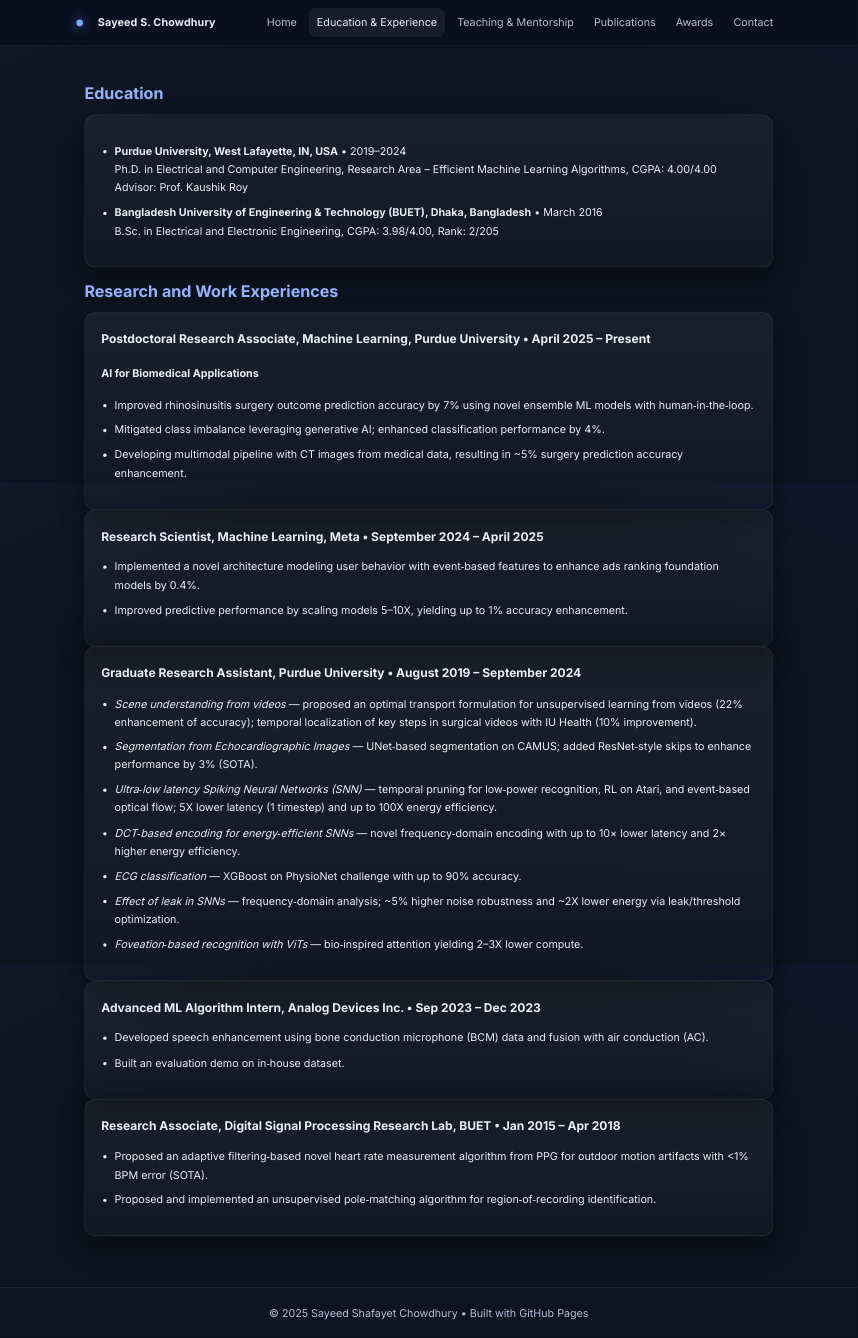
Repository: SayeedChowdhury/SayeedChowdhury.github.io
Page: edu-exp.html
The author's editor kept a copy of each file at every save. The page is drawn from the files as they stood at one save, then again after the next save.
The browser window is 1280 px wide. The pictures show the whole page, at 67% of full size.

Above is the page before, as saved 2025-08-11 11:42:28.

### edu-exp.html
<!doctype html>
<html lang="en">
<head>
  <meta charset="utf-8">
  <meta name="viewport" content="width=device-width, initial-scale=1">
  <title>Education & Experience • Sayeed S. Chowdhury</title>
  <link rel="preconnect" href="https://fonts.googleapis.com">
  <link rel="preconnect" href="https://fonts.gstatic.com" crossorigin>
  <link href="https://fonts.googleapis.com/css2?family=Inter:wght@400;600;700&display=swap" rel="stylesheet">
  <link rel="stylesheet" href="assets/style.css">
</head>
<body>
<div class="nav">
  <div class="inner container">
    <div class="brand"><span class="dot"></span> <a href="index.html" style="text-decoration:none;color:inherit;">Sayeed S. Chowdhury</a></div>
    <div style="margin-left:auto; display:flex; gap:6px; flex-wrap:wrap">
      <a href="index.html" class="">Home</a>
      <a href="edu-exp.html" class="active">Education & Experience</a>
      <a href="teaching.html" class="">Teaching & Mentorship</a>
      <!-- <a href="research.html" class="">Research</a> -->
      <a href="publications.html" class="">Publications</a>
      <a href="awards.html" class="">Awards</a>
      <a href="contact.html" class="">Contact</a>
    </div>
  </div>
</div>
<div class="container">

<section class="section">
  <!-- <div class="kicker">Education</div> -->
  <h2>Education</h2>
  <div class="card">
    <ul class="list">
      <li><strong>Purdue University, West Lafayette, IN, USA</strong> • 2019–2024<br>
          Ph.D. in Electrical and Computer Engineering, Research Area – Efficient Machine Learning Algorithms, CGPA: 4.00/4.00<br>
          Advisor: Prof. Kaushik Roy
      </li>
      <li><strong>Bangladesh University of Engineering & Technology (BUET), Dhaka, Bangladesh</strong> • March 2016<br>
          B.Sc. in Electrical and Electronic Engineering, CGPA: 3.98/4.00, Rank: 2/205
      </li>
    </ul>
  </div>

  <!-- <div class="kicker">Research and Work Experiences</div> -->
  <h2>Research and Work Experiences</h2>
  <div class="card">
    <h3>Postdoctoral Research Associate, Machine Learning, Purdue University • April 2025 – Present</h3>
    <h4>AI for Biomedical Applications</h4>
    <ul class="list">
      <li>Improved rhinosinusitis surgery outcome prediction accuracy by 7% using novel ensemble ML models with human‑in‑the‑loop.</li>
      <li>Mitigated class imbalance leveraging generative AI; enhanced classification performance by 4%.</li>
      <li>Developing multimodal pipeline with CT images from medical data, resulting in ~5% surgery prediction accuracy enhancement.</li>
    </ul>
  </div>
  <div class="card">
    <h3>Research Scientist, Machine Learning, Meta • September 2024 – April 2025</h3>
    <ul class="list">
      <li>Implemented a novel architecture modeling user behavior with event‑based features to enhance ads ranking foundation models by 0.4%.</li>
      <li>Improved predictive performance by scaling models 5–10X, yielding up to 1% accuracy enhancement.</li>
    </ul>
  </div>
  <div class="card">
    <h3>Graduate Research Assistant, Purdue University • August 2019 – September 2024</h3>
    <ul class="list">
      <li><em>Scene understanding from videos</em> — proposed an optimal transport formulation for unsupervised learning from videos (22% enhancement of accuracy); temporal localization of key steps in surgical videos with IU Health (10% improvement).</li>
      <li><em>Segmentation from Echocardiographic Images</em> — UNet‑based segmentation on CAMUS; added ResNet‑style skips to enhance performance by 3% (SOTA).</li>
      <li><em>Ultra‑low latency Spiking Neural Networks (SNN)</em> — temporal pruning for low‑power recognition, RL on Atari, and event‑based optical flow; 5X lower latency (1 timestep) and up to 100X energy efficiency.</li>
      <li><em>DCT‑based encoding for energy‑efficient SNNs</em> — novel frequency‑domain encoding with up to 10× lower latency and 2× higher energy efficiency.</li>
      <li><em>ECG classification</em> — XGBoost on PhysioNet challenge with up to 90% accuracy.</li>
      <li><em>Effect of leak in SNNs</em> — frequency‑domain analysis; ~5% higher noise robustness and ~2X lower energy via leak/threshold optimization.</li>
      <li><em>Foveation‑based recognition with ViTs</em> — bio‑inspired attention yielding 2–3X lower compute.</li>
    </ul>
  </div>
  <div class="card">
    <h3>Advanced ML Algorithm Intern, Analog Devices Inc. • Sep 2023 – Dec 2023</h3>
    <ul class="list">
      <li>Developed speech enhancement using bone conduction microphone (BCM) data and fusion with air conduction (AC).</li>
      <li>Built an evaluation demo on in‑house dataset.</li>
    </ul>
  </div>
  <div class="card">
    <h3>Research Associate, Digital Signal Processing Research Lab, BUET • Jan 2015 – Apr 2018</h3>
    <ul class="list">
      <li>Proposed an adaptive filtering‑based novel heart rate measurement algorithm from PPG for outdoor motion artifacts with &lt;1% BPM error (SOTA).</li>
      <li>Proposed and implemented an unsupervised pole‑matching algorithm for region‑of‑recording identification.</li>
    </ul>
  </div>

  <!-- <div class="kicker">Teaching Experience</div>
  <div class="card">
    <h3>Visiting Assistant Professor, Purdue University • August 2025 – Present</h3>
    <ul class="list">
      <li>Designed and taught upper‑undergrad AI for IoT (instructor of record); guest lectures in Artificial Intelligence.</li>
      <li>Supervising capstone on transfer learning for biomedical AI.</li>
    </ul>

    <h3>Lecturer, Ahsanullah University of Science and Technology (AUST), Dhaka • 2018</h3>
    <ul class="list">
      <li>Taught C++ and MATLAB programming; instructor of record for VLSI (theory & lab), contributed curriculum & lab manual.</li>
    </ul>

    <h3>Lecturer, Bangladesh University of Engineering & Technology (BUET), Dhaka • 2016–2017</h3>
    <ul class="list">
      <li>Courses: Signals & Systems (EEE 301), Electrical DC/AC Circuits (EEE 101/105), Measurement & Instrumentation (EEE 407), DSP (EEE 307); taught 12 lab sections including programming.</li>
    </ul>

    <h3>Lecturer, BRAC University, Dhaka • 2016</h3>
    <ul class="list">
      <li>Digital Signal Processing (theory and laboratory); led power system protection lab for multiple sections.</li>
    </ul>
  </div> -->
</section>

</div>
<div class="footer">© 2025 Sayeed Shafayet Chowdhury • Built with GitHub Pages</div>
</body>
</html>

### assets/style.css

:root{
  --bg:#0e1320;
  --bg-grad1:#121a2d;
  --panel:#151b2e;
  --panel-2:#101626;
  --ink:#e9eef7;
  --muted:#b4c0d6;
  --navy:#92b4ff;
  --gold:#f3c77a;
  --border:rgba(255,255,255,.08);
  --shadow:0 16px 40px rgba(0,0,0,.45);
  --radius:16px;
}

*{box-sizing:border-box}
html,body{height:100%}
body{
  margin:0;
  color:var(--ink);
  background:
    radial-gradient(900px 600px at -10% -10%, var(--bg-grad1) 0%, transparent 60%),
    radial-gradient(900px 600px at 110% -10%, #0f1830 0%, transparent 60%),
    var(--bg);
  font:16px/1.7 "Inter", system-ui, -apple-system, Segoe UI, Roboto, Helvetica, Arial;
  -webkit-font-smoothing:antialiased;
}

.container{max-width:1100px;margin:0 auto;padding:24px}

.nav{
  position:sticky; top:0; z-index:10;
  background:rgba(9,13,24,.7);
  backdrop-filter:saturate(170%) blur(10px);
  border-bottom:1px solid var(--border);
}
.nav .inner{display:flex; align-items:center; gap:16px; padding:12px 24px;}
.nav .brand{display:flex; align-items:center; gap:10px; font-weight:700; letter-spacing:.2px; color:var(--ink)}
.nav .brand .dot{width:10px;height:10px;border-radius:50%;background:linear-gradient(45deg,var(--navy),#6aa0ff); box-shadow:0 0 16px #4e79ff}
.nav a{color:var(--muted); text-decoration:none; padding:8px 12px; border-radius:10px}
.nav a.active, .nav a:hover{color:var(--ink); background:rgba(255,255,255,.06)}

.hero{
  display:grid; grid-template-columns:1.1fr .9fr; gap:28px; align-items:stretch;
  padding:48px 24px 12px;
}
.card{
  background:linear-gradient(180deg, rgba(255,255,255,.05), rgba(255,255,255,.02));
  border:1px solid var(--border);
  border-radius:var(--radius);
  box-shadow:var(--shadow);
  padding:24px;
}
h1{font-size:32px; margin:0 0 4px}
h2{font-size:24px;margin:16px 0 10px;color:var(--navy)}
h3{font-size:18px;margin:0 0 6px}
.lead{color:var(--muted); font-size:16px}
.badges{display:flex; flex-wrap:wrap; gap:10px; margin-top:14px}
.badge{background:rgba(146,180,255,.14); border:1px solid rgba(146,180,255,.4); color:#d9e4ff; padding:6px 10px; border-radius:999px; font-size:13px}

.row{display:flex; gap:18px; flex-wrap:wrap; align-items:center}
.cta{display:flex; gap:12px; flex-wrap:wrap; margin-top:12px}
.button{display:inline-flex;align-items:center;gap:10px;padding:12px 16px;border-radius:12px;border:1px solid var(--border);background:rgba(146,180,255,.16);color:var(--ink);text-decoration:none;font-weight:600}
.button.secondary{background:rgba(255,255,255,.04)}

.headshot{width:160px;height:160px;border-radius:50%;object-fit:cover;border:3px solid rgba(255,255,255,.08);box-shadow:var(--shadow)}

.section{padding:12px}
.kicker{color:var(--gold);font-weight:700;letter-spacing:.4px;text-transform:uppercase;font-size:12px}

.list{padding-left:20px}
.list li{margin:10px 0}

.footer{border-top:1px solid var(--border); color:var(--muted); padding:24px; text-align:center; margin-top:40px}

@media (max-width: 900px){
  .hero{grid-template-columns:1fr}
}

@media print{
  .nav,.footer,.cta{display:none}
  body{background:white;color:#111}
  .card{box-shadow:none}
}

/* General link style */
a {
  color: #f5c542; /* light gold color */
  text-decoration: none; /* optional: remove underline */
}

/* Hover effect */
a:hover {
  color: #ffdb70; /* slightly brighter gold */
  text-decoration: underline; /* optional: underline on hover */
}

/* Visited links (to avoid purple) */
a:visited {
  color: #f5c542;
}

After the next save:
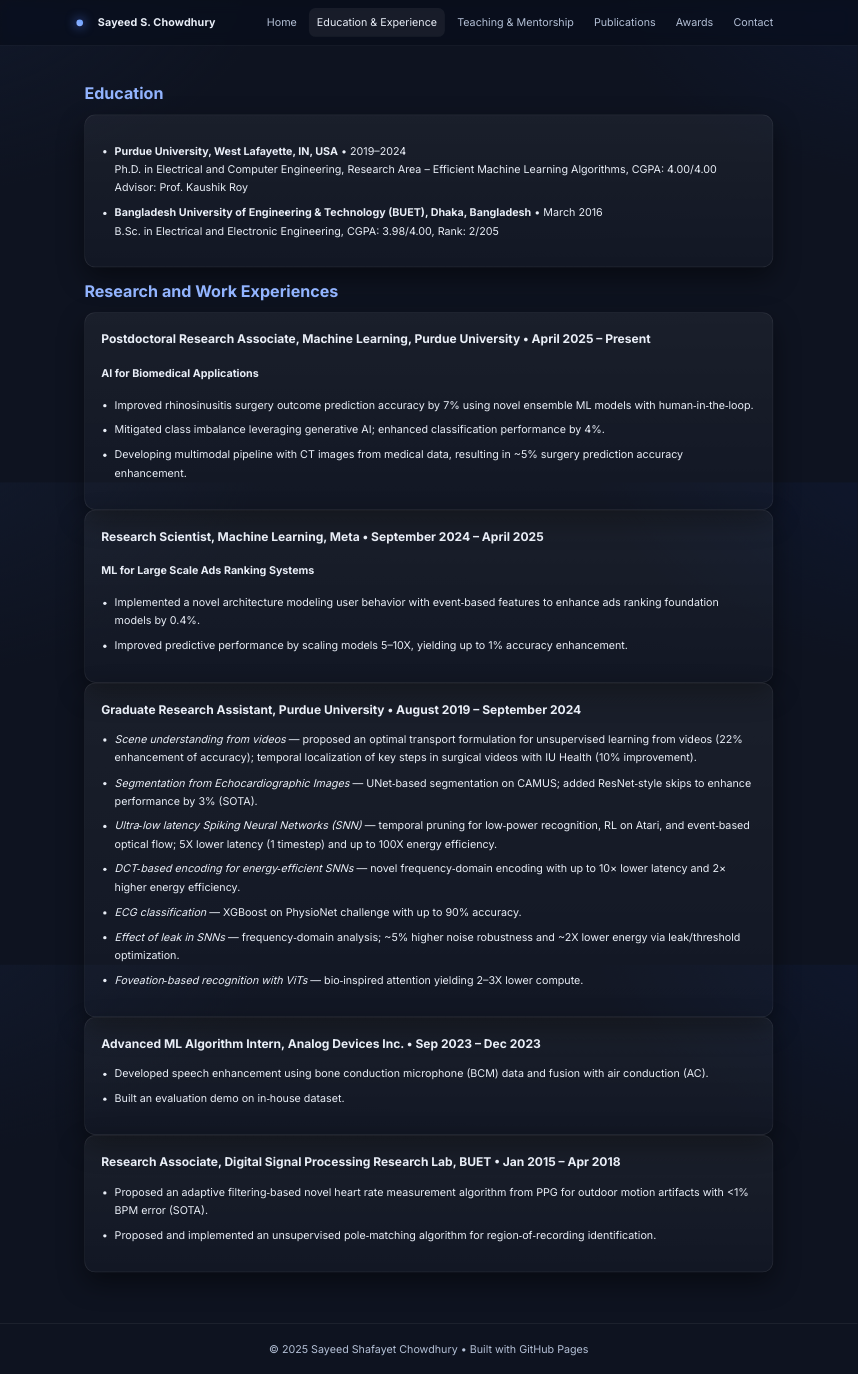
Saved 70 s later.
--- a/edu-exp.html
+++ b/edu-exp.html
@@ -54,6 +54,7 @@
   </div>
   <div class="card">
     <h3>Research Scientist, Machine Learning, Meta • September 2024 – April 2025</h3>
+    <h4>ML for Large Scale Ads Ranking Systems</h4>
     <ul class="list">
       <li>Implemented a novel architecture modeling user behavior with event‑based features to enhance ads ranking foundation models by 0.4%.</li>
       <li>Improved predictive performance by scaling models 5–10X, yielding up to 1% accuracy enhancement.</li>
